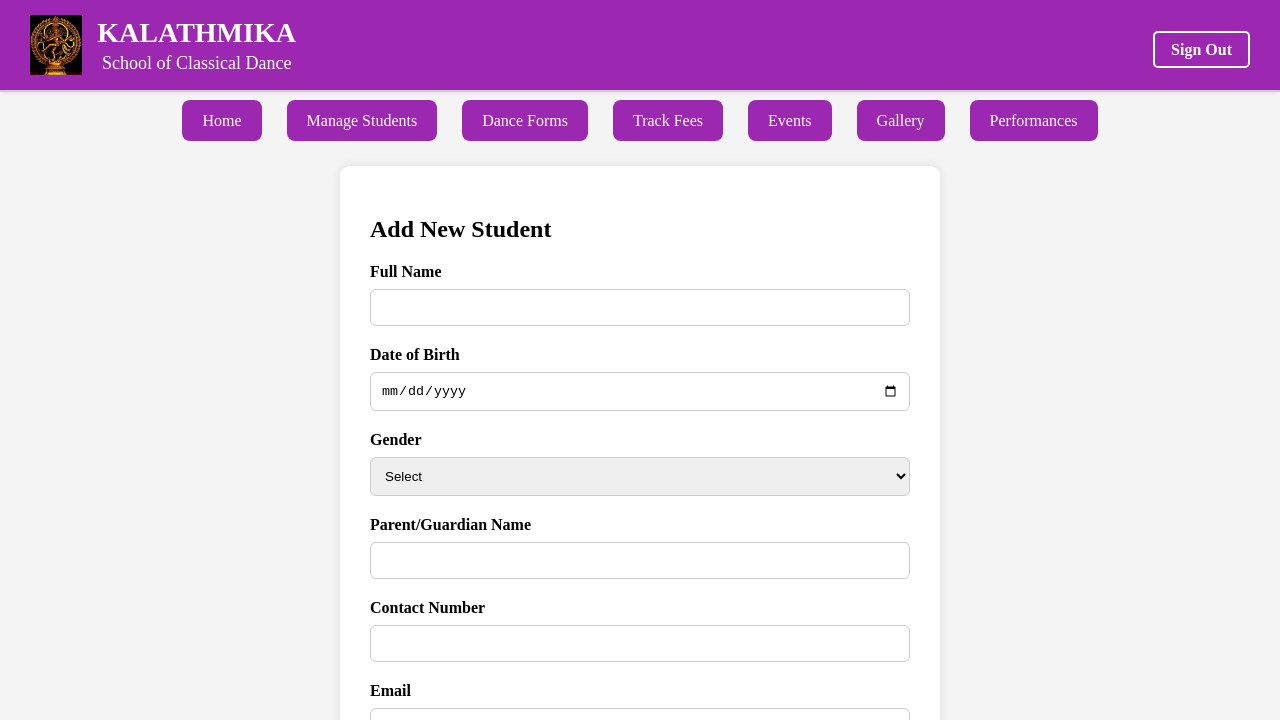
Repository: ammubancilal/LUMINAR-JDK17-STS4-SPRINGBOOT-KALATHMIKA-DANCESCHOOL
Page: http://localhost/springboot-jsp-kalathmika/WEB-INF/jsp/addNewDance.jsp
The author's editor kept a copy of each file at every save. The page is drawn from the files as they stood at one save, then again after the next save.
The browser window is 1280 px wide. The pictures show the whole page.
An inner scrolling area shows only its first screen. The page is served by Tomcat 9. Nobody is signed in. The template is opened directly, without the code that normally fills it, so the values that code supplies are empty.

Above is the page before, as saved 2025-04-24 03:28:21.

After the next save:
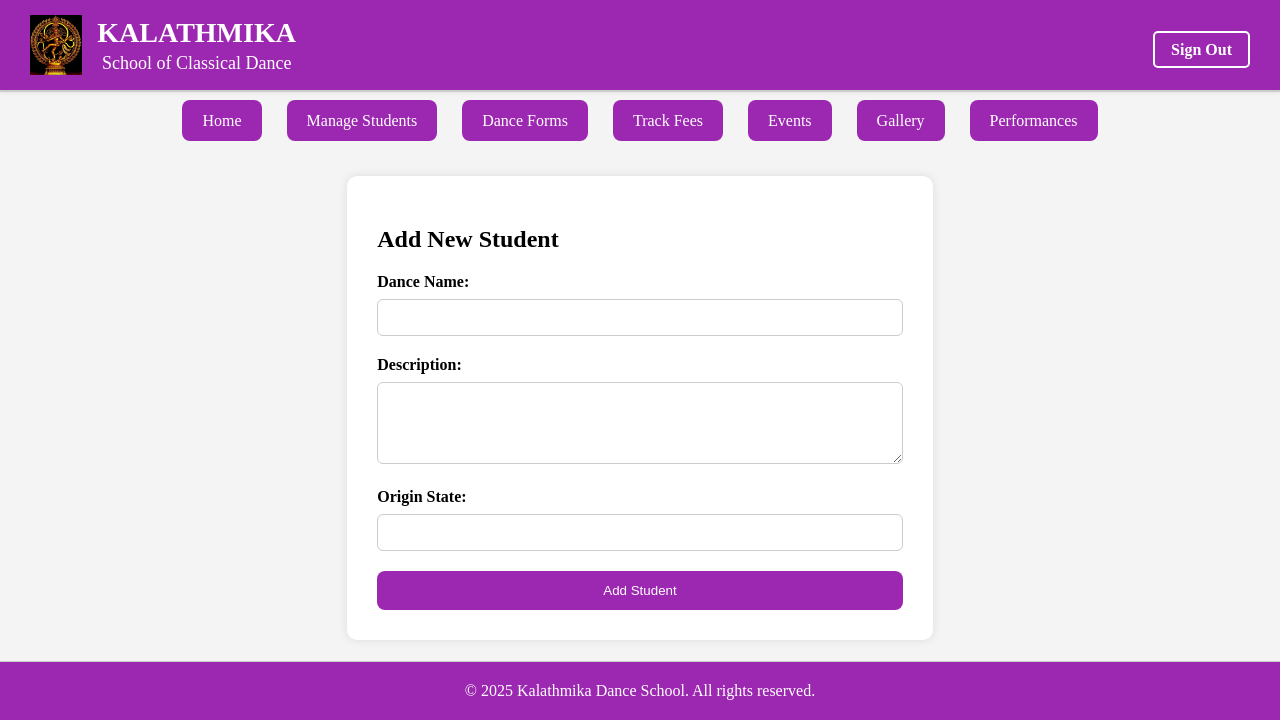
Saved 2 min 12 s later.
--- a/springboot-jsp-kalathmika/src/main/webapp/WEB-INF/jsp/addNewDance.jsp
+++ b/springboot-jsp-kalathmika/src/main/webapp/WEB-INF/jsp/addNewDance.jsp
@@ -87,50 +87,20 @@
 <div class="form-container">
     <h2>Add New Student</h2>
     <form action="${pageContext.request.contextPath}/admin/saveDance" method="post">
-        <label for="stu_name">Full Name</label>
-        <input type="text" id="stu_name" name="stu_name" required>
+         <div>
+    <label for="dance_name">Dance Name:</label>
+    <input type="text" id="dance_name" name="dance_name" required>
+  </div>
 
-        <label for="stu_dob">Date of Birth</label>
-        <input type="date" id="stu_dob" name="stu_dob" required>
+  <div>
+    <label for="dance_desc">Description:</label>
+    <textarea id="dance_desc" name="dance_desc" rows="4" cols="50" required></textarea>
+  </div>
 
-        <label for="stu_gender">Gender</label>
-        <select id="stu_gender" name="stu_gender" required>
-            <option value="">Select</option>
-            <option value="Female">Female</option>
-            <option value="Male">Male</option>
-            <option value="Other">Other</option>
-        </select>
-
-        <label for="stu_parentName">Parent/Guardian Name</label>
-        <input type="text" id="stu_parentName" name="stu_parent_name" required>
-
-        <label for="stu_contactNumber">Contact Number</label>
-        <input type="text" id="stu_contactNumber" name="stu_contact_number" required>
-
-        <label for="stu_email">Email</label>
-        <input type="email" id="stu_email" name="stu_email" required>
-
-        <label for="stu_address">Address</label>
-        <textarea id="stu_address" name="stu_address" rows="3" required></textarea>
-
-        <label for="stu_dateOfjoin">Date of Joining</label>
-        <input type="date" id="stu_dateOfjoin" name="stu_dateof_join" required>
-
-        <label for="stu_danceForm">Dance Form</label>
-        <select id="stu_danceForm" name="stu_dance_form" required>
-            <option value="">Select</option>
-            <option value="Bharatanatyam">Bharatanatyam</option>
-            <option value="Kuchipudi">Kuchipudi</option>
-            <option value="Mohiniyattam">Mohiniyattam</option>
-        </select>
-
-        <label for="stu_level">Level</label>
-        <select id="stu_level" name="stu_level" required>
-            <option value="">Select</option>
-            <option value="Beginner">Beginner</option>
-            <option value="Intermediate">Intermediate</option>
-            <option value="Advanced">Advanced</option>
-        </select>
+  <div>
+    <label for="dance_origin_state">Origin State:</label>
+    <input type="text" id="dance_origin_state" name="dance_origin_state" required>
+  </div>
 
         <button type="submit" class="btn-submit">Add Student</button>
     </form>
